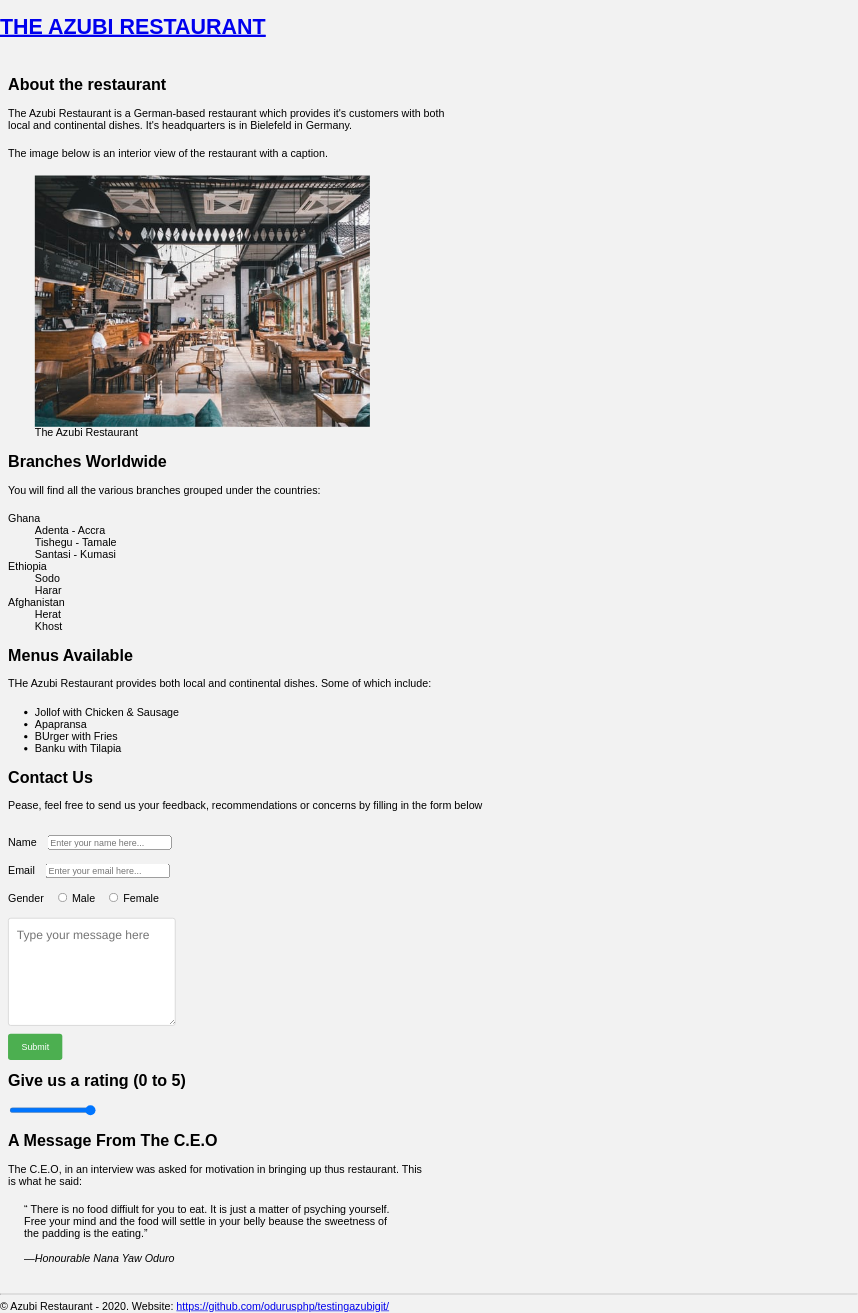
Repository: odurusphp/testingazubigit
Page: Fortune/FortunatusWulnye.html
The author's editor kept a copy of each file at every save. The page is drawn from the files as they stood at one save, then again after the next save.
The browser window is 1280 px wide. The pictures show the whole page, at 67% of full size.

Above is the page before, as saved 2020-08-03 01:45:19.

After the next save:
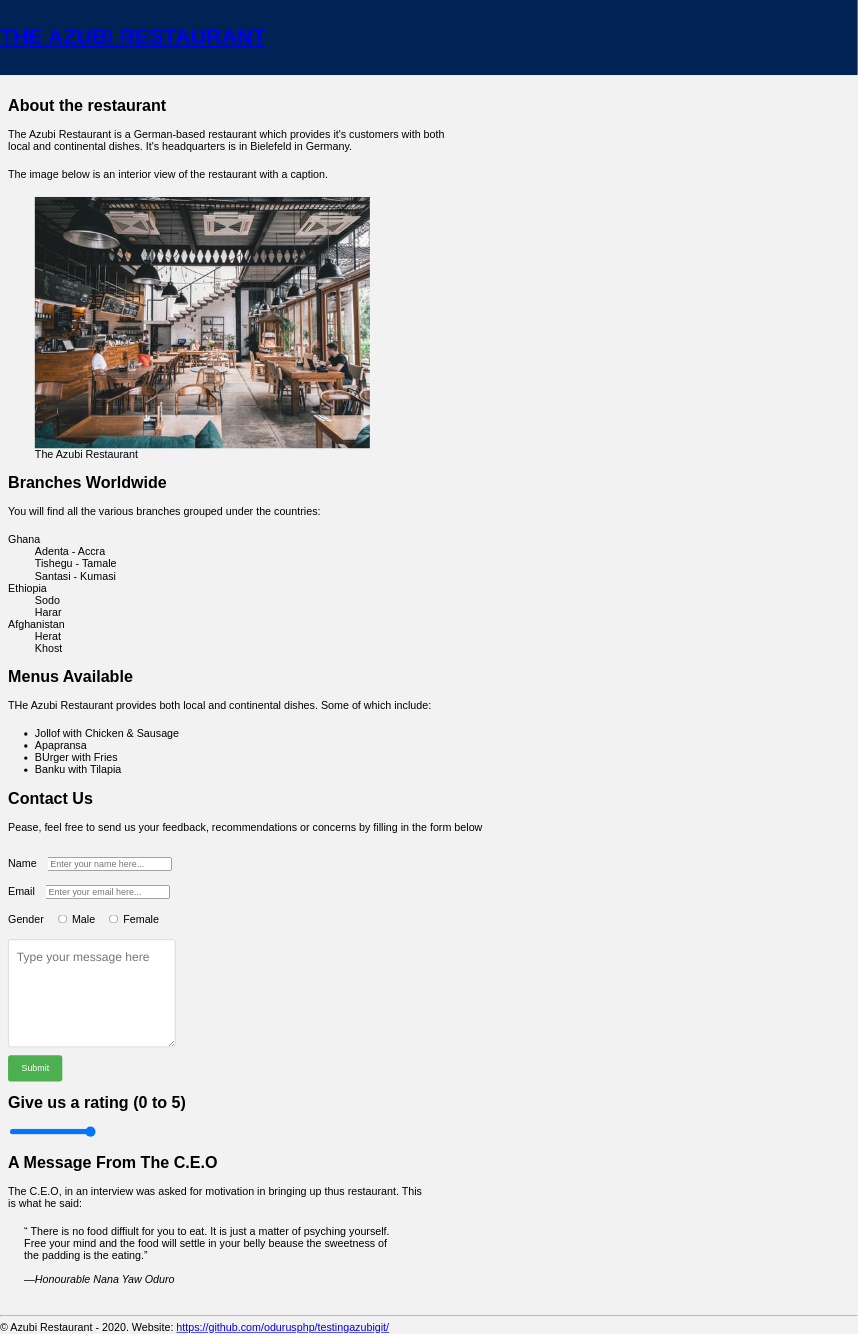
Saved 3 s later.
--- a/Fortune/css/style.css
+++ b/Fortune/css/style.css
@@ -15,7 +15,7 @@ body {
 Header styles
 --------------------------------------------------------------*/
 
-.masthead {
+.main-header {
   padding: 1em 0;
   background-color: #002254;
 }
